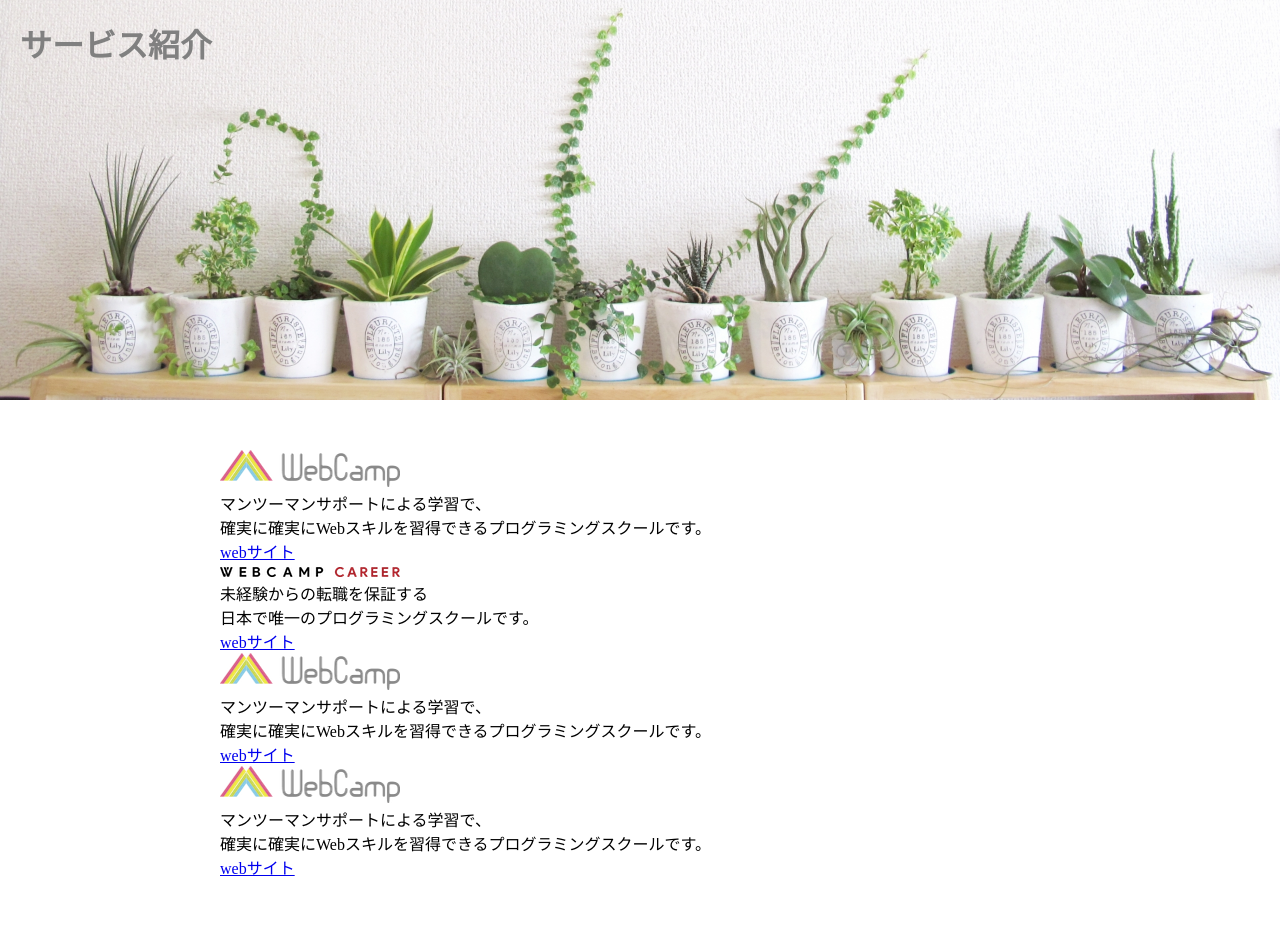
Repository: ryosei-110/HTML-CSS-
Page: 1-7exercise/1-7.html
The author's editor kept a record of every edit. The page is drawn from the files as they stood at one moment, then again after the next edit.
The browser window is 1280 px wide. The pictures show the whole page.

Above is the page before.

After the next edit:
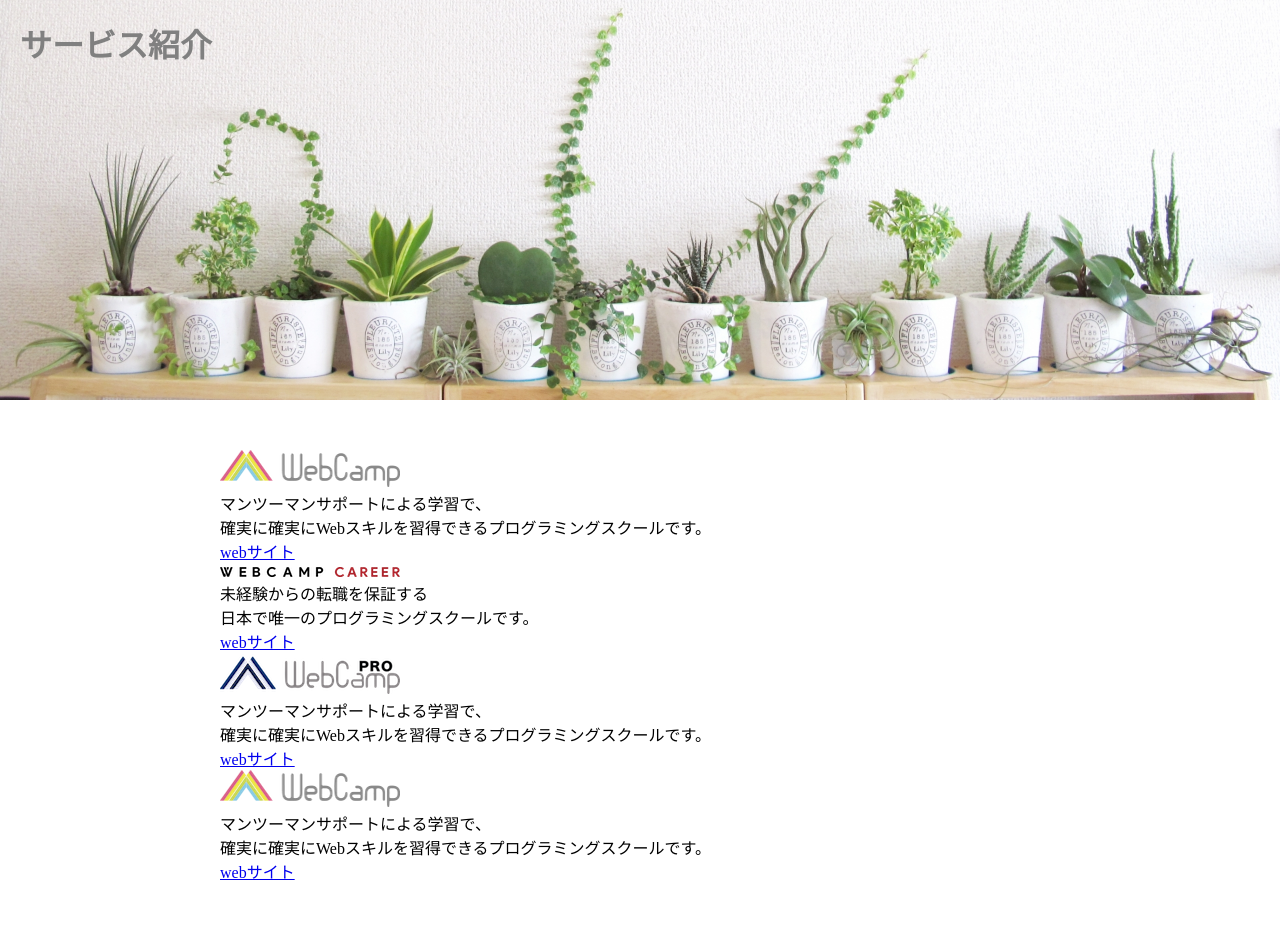
The edit:
--- a/1-7exercise/1-7.html
+++ b/1-7exercise/1-7.html
@@ -30,7 +30,7 @@
       </p>
     </div>
     <div class="main-item">
-      <img class="main-image" src="img/wc-logo.png">
+      <img class="main-image" src="img/wcp-logo.png">
       <p class="main-text">
         マンツーマンサポートによる学習で、<br>
         確実に確実にWebスキルを習得できるプログラミングスクールです。<br>
